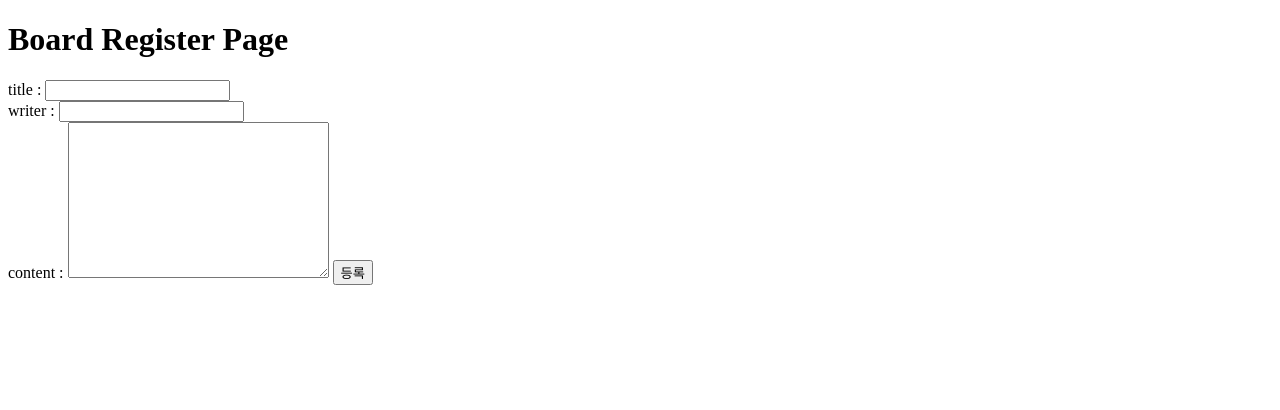
Repository: gajami-kim/240430_JSPJSTL_Study
Page: http://localhost/jsp_study2/board/register.jsp
These files come from the project's save history. The page is drawn as it stood at one moment and after the next save; the edit follows.
The browser window is 1280 px wide. The pictures show the whole page.
The page is served by Tomcat 9.

Above is the page before, as saved 2024-04-16 06:42:37.

After the next save:
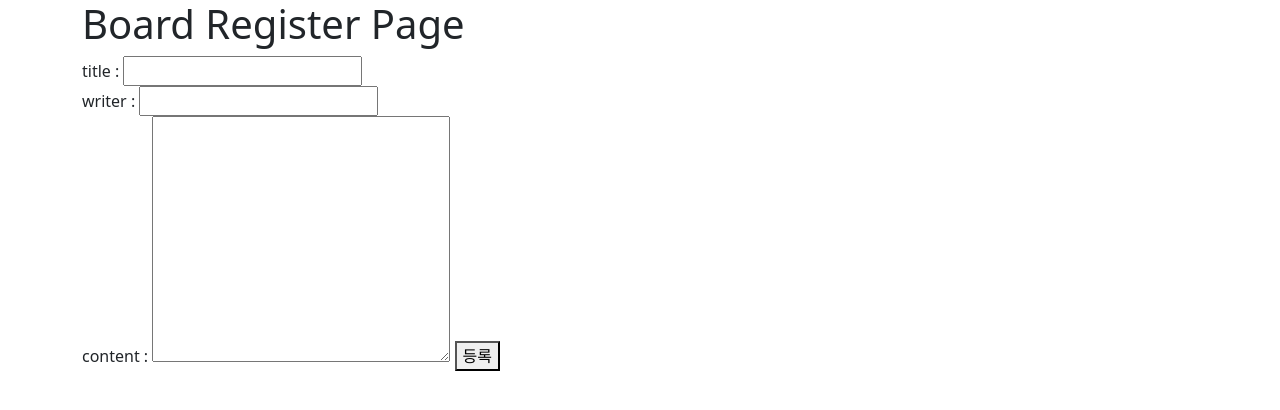
Saved 25 s later.
--- a/_jsp_workspace2/jsp_study2/src/main/webapp/board/register.jsp
+++ b/_jsp_workspace2/jsp_study2/src/main/webapp/board/register.jsp
@@ -5,9 +5,11 @@
 <head>
 <meta charset="UTF-8">
 <title>Insert title here</title>
+<link href="https://cdn.jsdelivr.net/npm/bootstrap@5.3.3/dist/css/bootstrap.min.css" rel="stylesheet" integrity="sha384-QWTKZyjpPEjISv5WaRU9OFeRpok6YctnYmDr5pNlyT2bRjXh0JMhjY6hW+ALEwIH" crossorigin="anonymous">
+<script src="https://cdn.jsdelivr.net/npm/bootstrap@5.3.3/dist/js/bootstrap.bundle.min.js" integrity="sha384-YvpcrYf0tY3lHB60NNkmXc5s9fDVZLESaAA55NDzOxhy9GkcIdslK1eN7N6jIeHz" crossorigin="anonymous"></script>
 </head>
 <body>
-<div>
+<div class="container-sm">
 	<h1>Board Register Page</h1>
 	<form action="/brd/insert" method="post">
 		title : <input type="text" name="title"> <br>
